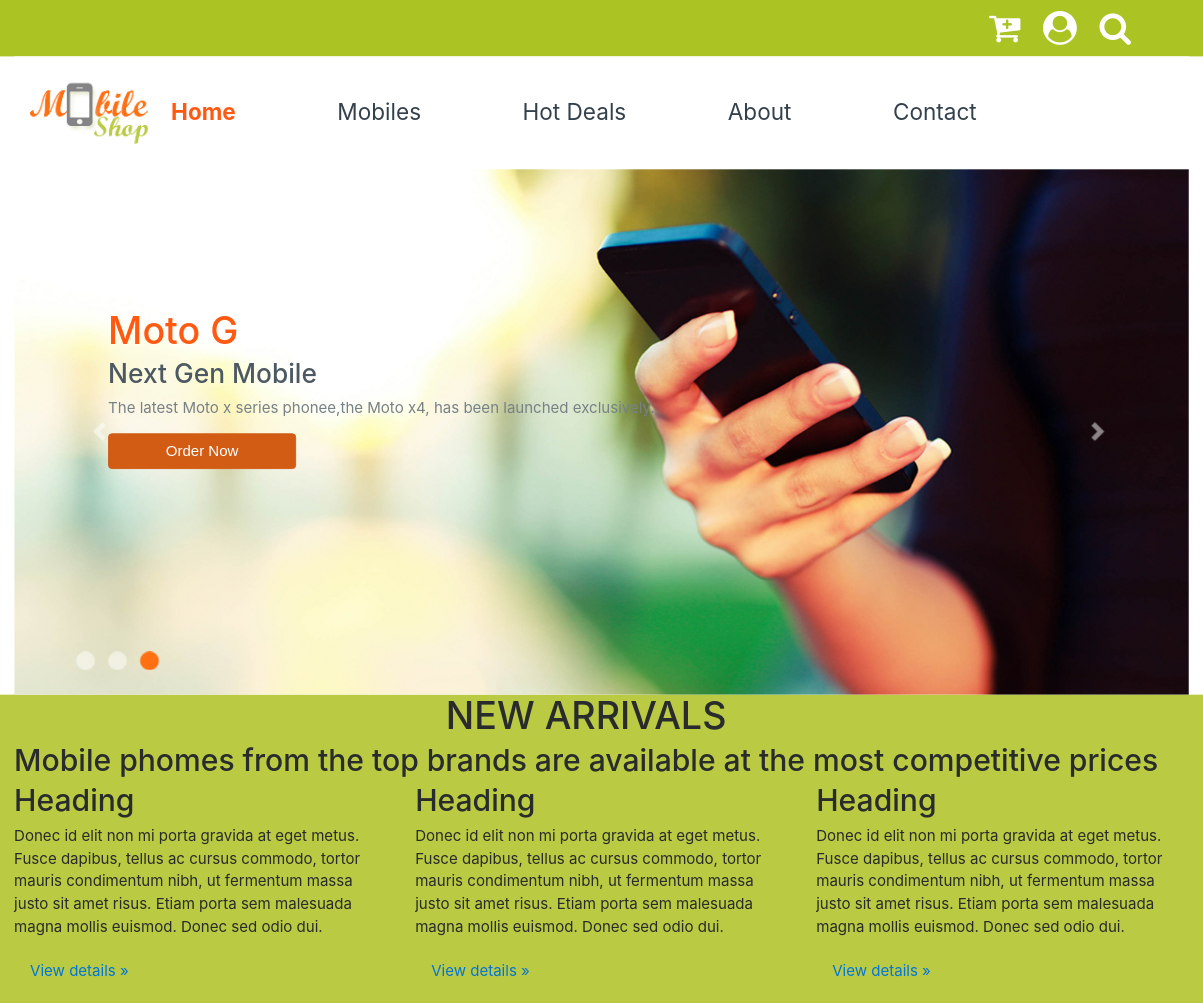
Repository: rajmohanr/mobile
Page: index.html
These files come from the project's save history. The page is drawn as it stood at one moment and after the next save; the edit follows.
The browser window is 1280 px wide. The pictures show the whole page, at 94% of full size.

Above is the page before, as saved 2018-03-31 13:17:38.
Console error (its wording comes from the project's code and is left out).

### index.html
<!DOCTYPE html>
<html lang="en">
  <head>
    <meta charset="utf-8">
    <meta http-equiv="X-UA-Compatible" content="IE=edge">
    <meta name="viewport" content="width=device-width, initial-scale=1">

    <title>Bootstrap 4, from LayoutIt!</title>

    <meta name="description" content="Source code generated using layoutit.com">
    <meta name="author" content="LayoutIt!">

    <link href="css/bootstrap.min.css" rel="stylesheet">
	<link href="css/style.css" rel="stylesheet">
	<link rel="stylesheet" href="https://cdnjs.cloudflare.com/ajax/libs/font-awesome/4.7.0/css/font-awesome.min.css">

  </head>
  <body>

    <div class="container-fluid">
	<div class="row">
		<div class="col-md-12">
			<div class="row">
				<div class="col-md-12 top-bar">
					<a href="#" class="top-bar-icons last-icon"><i class="fa fa-search"  style="font-size:36px;color:white;"></i></a>
					<a href="#" class="top-bar-icons"><i class="fa fa-user-circle"  style="font-size:36px;color:white;"></i></a>
					<a href="#" class="top-bar-icons"><i class="fa fa-cart-plus"  style="font-size:36px;color:white;"></i></a>
				</div>
			</div>
			<nav class="navbar navbar-toggleable-md navbar-light bg-faded">

				<button class="navbar-toggler navbar-toggler-right" type="button" data-toggle="collapse" data-target="#bs-example-navbar-collapse-1">
					<span class="navbar-toggler-icon"></span>
				</button> <a class="navbar-brand" href="#"><img src="images/logo.png" /></a>
				<div class="collapse navbar-collapse" id="bs-example-navbar-collapse-1">
					<ul class="navbar-nav float-md-right">
						<li class="nav-item active">
							 <a class="nav-link" href="#">Home <span class="sr-only">(current)</span></a>
						</li>
						<li class="nav-item">
							 <a class="nav-link" href="#">Mobiles</a>
						</li>
						<li class="nav-item">
								<a class="nav-link" href="#">Hot Deals</a>
						</li>
						<li class="nav-item">
								<a class="nav-link" href="#">About</a>
						</li>
						<li class="nav-item">
								<a class="nav-link" href="#">Contact</a>
						</li>
					</ul>
				</div>
			</nav>

			<div class="row">
				<div class="col-md-12">
					<div class="carousel slide" id="carousel-452932">
						<ol class="carousel-indicators">
							<li data-slide-to="0" data-target="#carousel-452932">
							</li>
							<li data-slide-to="1" data-target="#carousel-452932">
							</li>
							<li data-slide-to="2" data-target="#carousel-452932" class="active">
							</li>
						</ol>
						<div class="carousel-inner">
							<div class="carousel-item">
								<img class="d-block w-100" alt="Carousel Bootstrap First" src="images/carosuel.png" />
								<div class="carousel-caption">
									<h4>
										Moto G
									</h4>
									<h3>
										Next Gen Mobile
									</h3>
									<p>
										The latest Moto x series phonee,the Moto x4, has been launched exclusively.
									</p>
									<button type="button" class="btn btn-primary">Order Now</button>
								</div>
							</div>
							<div class="carousel-item">
								<img class="d-block w-100" alt="Carousel Bootstrap Second" src="images/carosuel.png" />
								<div class="carousel-caption">
									<h4>
										Moto G
									</h4>
									<h3>
										Next Gen Mobile
									</h3>
									<p>
										The latest Moto x series phonee,the Moto x4, has been launched exclusively.
									</p>
									<button type="button" class="btn btn-primary">Order Now</button>
								</div>
							</div>
							<div class="carousel-item active">
								<img class="d-block w-100" alt="Carousel Bootstrap Third" src="images/carosuel.png" />
								<div class="carousel-caption">
									<h4>
										Moto G
									</h4>
									<h3>
										Next Gen Mobile
									</h3>
									<p>
										The latest Moto x series phonee,the Moto x4, has been launched exclusively.
									</p>
									<button type="button" class="btn btn-primary">Order Now</button>
								</div>
							</div>
						</div> <a class="carousel-control-prev" href="#carousel-452932" data-slide="prev"><span class="carousel-control-prev-icon"></span> <span class="sr-only">Previous</span></a> <a class="carousel-control-next" href="#carousel-452932" data-slide="next"><span class="carousel-control-next-icon"></span> <span class="sr-only">Next</span></a>
					</div>
				</div>
			</div>

		</div>
	</div>
	<div id="middle-wrapper" class="row">
		<div id="middle-title">
			<div class="col-md-12">
				<h1 class="text-center">
						NEW ARRIVALS
				</h1>
				<h2 class="text-center">
					Mobile phomes from the top brands are available at the most competitive prices
				</h2>
			</div>
		</div>
		<div class="col-md-4">
			<h2>
				Heading
			</h2>
			<p>
				Donec id elit non mi porta gravida at eget metus. Fusce dapibus, tellus ac cursus commodo, tortor mauris condimentum nibh, ut fermentum massa justo sit amet risus. Etiam porta sem malesuada magna mollis euismod. Donec sed odio dui.
			</p>
			<p>
				<a class="btn" href="#">View details »</a>
			</p>
		</div>
		<div class="col-md-4">
			<h2>
				Heading
			</h2>
			<p>
				Donec id elit non mi porta gravida at eget metus. Fusce dapibus, tellus ac cursus commodo, tortor mauris condimentum nibh, ut fermentum massa justo sit amet risus. Etiam porta sem malesuada magna mollis euismod. Donec sed odio dui.
			</p>
			<p>
				<a class="btn" href="#">View details »</a>
			</p>
		</div>
		<div class="col-md-4">
			<h2>
				Heading
			</h2>
			<p>
				Donec id elit non mi porta gravida at eget metus. Fusce dapibus, tellus ac cursus commodo, tortor mauris condimentum nibh, ut fermentum massa justo sit amet risus. Etiam porta sem malesuada magna mollis euismod. Donec sed odio dui.
			</p>
			<p>
				<a class="btn" href="#">View details »</a>
			</p>
		</div>
	</div>
	<div class="row">
		<div class="col-md-12">
		</div>
	</div>
</div>

    <script src="js/jquery.min.js"></script>
    <script src="js/bootstrap.min.js"></script>
    <script src="js/scripts.js"></script>
  </body>
</html>

### css/style.css
.top-bar{
    height: 60px;
    background-color: #acc324;
}

.top-bar-icons{
    float: right;
    padding: 12px;
    position: relative;
}

.last-icon{
    margin-right: 50px;
}

.navbar{
    height: 120px;
    background-color: #fff;
}

.navbar-light .navbar-nav .active>.nav-link, .navbar-light .navbar-nav .nav-link.active, .navbar-light .navbar-nav .nav-link.open, .navbar-light .navbar-nav .open>.nav-link{
    color: #ff5912!important;
    font-weight: bold;
    font-size: 24px;
}

.navbar-nav .nav-link{
    padding-right: 100px!important;
}

.navbar-light .navbar-nav .nav-link{
    color: #34404b!important;
    font-size: 24px;
}

.carousel-caption{
    text-align: left!important;
    left: 100px!important;
    bottom: 0px!important;
    top:130px!important;
}

.carousel-caption h4{
    color: #ff5912!important;
    font-size: 2.5rem!important;
}

.carousel-caption h3{
    color: #4C5963!important;
}

.carousel-caption p{
    color: #788186!important;
}
.btn-primary{
    color: #fff;
    background-color: #D25C14!important;
    border-color: #D25C14!important;
    width: 200px;
}

.carousel-indicators li {
    border-radius: 12px;
    width: 20px;
    height: 20px;
    max-width: 20px!important;
    margin-right: 1%;
}
.carousel-indicators {
    margin-right: 5%!important;
    margin-left: 5%!important;
    justify-content: left!important;
}

.carousel-indicators .active {
    background-color: #FF7013!important;
}

#middle-wrapper{
    background-color: #BACA43;
}

Loaded but not shown: css/bootstrap.min.css (library); js/jquery.min.js (library); js/bootstrap.min.js (library); js/scripts.js (common file)

After the next save:
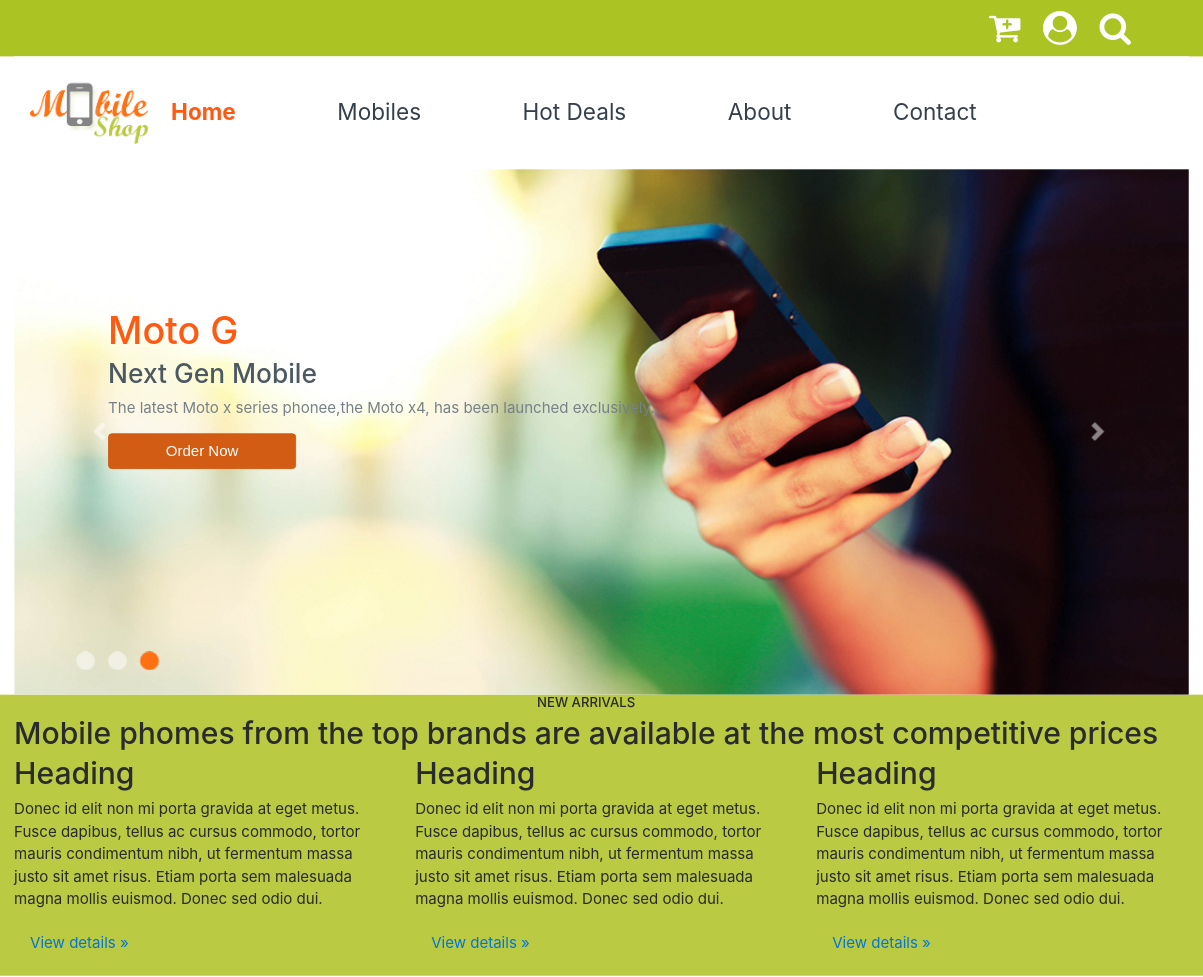
Saved 54 s later.
--- a/css/style.css
+++ b/css/style.css
@@ -79,3 +79,7 @@
 #middle-wrapper{
     background-color: #BACA43;
 }
+
+#middle-title h1{
+    font-size: 14px;
+}
